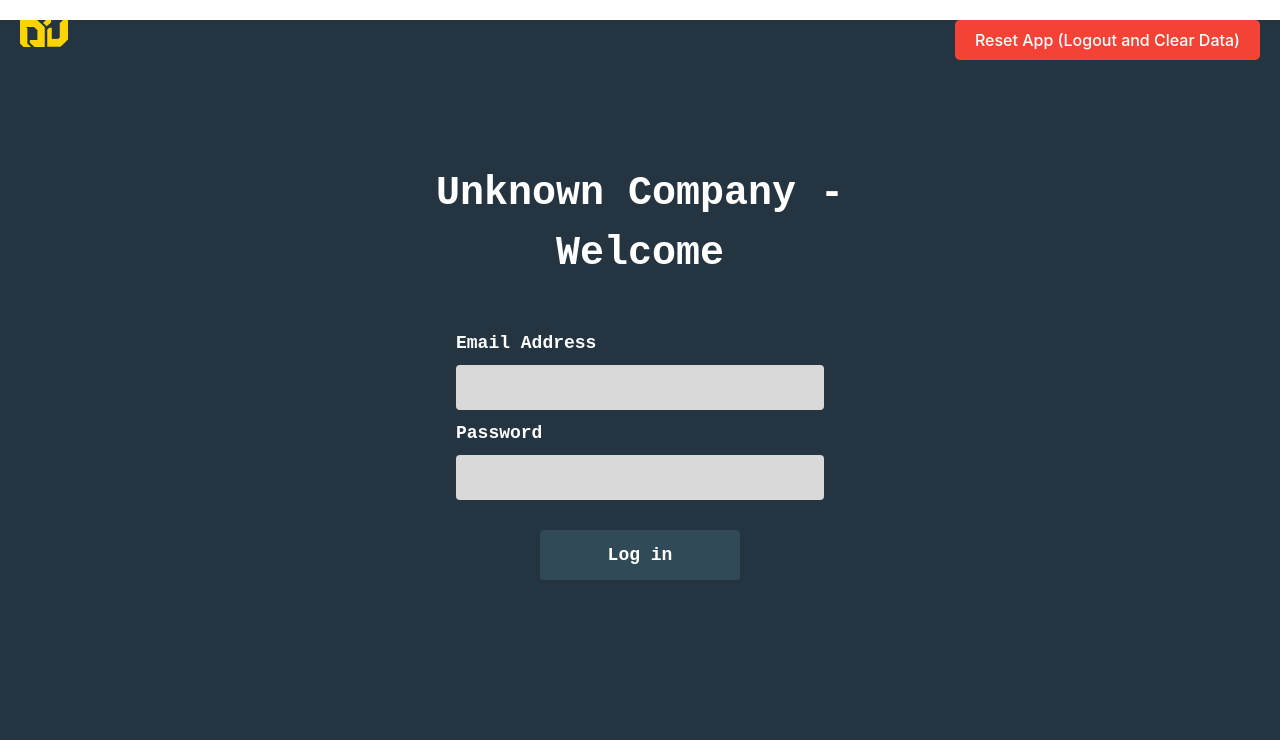
Repository: legendcode1/aml-sigma-SECOND-Reincarnation
Page: /login (app in parrot-aml/)
The author's editor kept a copy of each file at every save. The page is drawn from the files as they stood at one save, then again after the next save.
The browser window is 1280 px wide. The pictures show the whole page.
The page's requests for data from a server got no answer. The project was rebuilt for these pictures with package versions that can differ from the ones it lists, and the page was loaded fresh each time. No one was signed in, and anything a server would have sent is missing. Also part of the build but not shown: parrot-aml/vite.config.js, parrot-aml/src/StyleSheet/LeftBar.css, parrot-aml/src/Component/LeftBar.jsx, parrot-aml/src/StyleSheet/MainInterface.css, parrot-aml/src/StyleSheet/ChatBot.css, parrot-aml/src/StyleSheet/NewReport.css, parrot-aml/src/Component/NewReport.jsx, parrot-aml/src/StyleSheet/SearchResult.css and 6 more.

Above is the page before, as saved 2025-01-16 20:54:19.

After the next save:
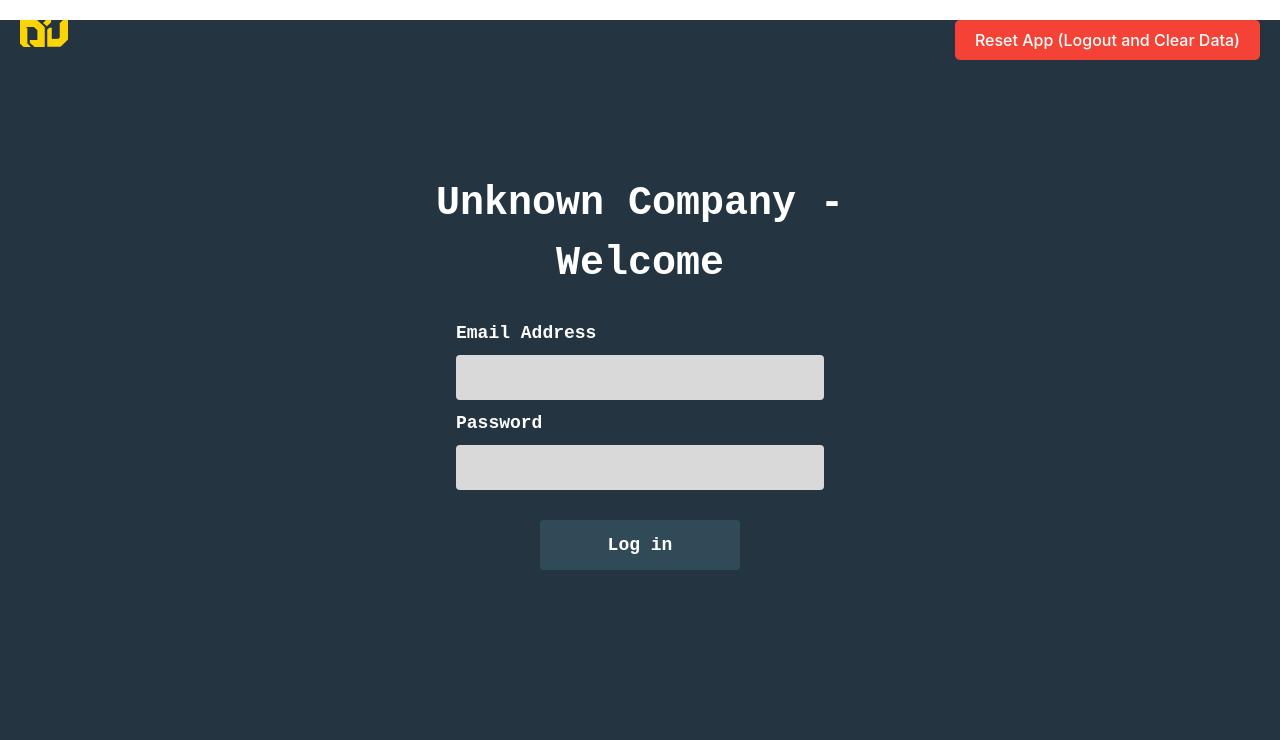
Saved 3 min 50 s later.
--- a/parrot-aml/src/StyleSheet/LoginSection.css
+++ b/parrot-aml/src/StyleSheet/LoginSection.css
@@ -1,30 +1,22 @@
 .login-section {
-  display: flex;
-  align-items: end;
-  justify-content: none;
-  width: 1400px;
-  height: 76px;
-  padding: 0 20px;
-  box-shadow: 0 1px 3px rgba(0, 0, 0, 0.1);
+  display: flex; /* Enables Flexbox */
+  flex-direction: column; /* Arrange children vertically */
+  align-items: center; /* Horizontally centers children */
+  justify-content: center; /* Vertically centers children */
+  height: 100vh; /* Set height to full viewport (or adjust as needed) */
 }
 
 .login-text {
-  font-size: 24px;
-  font-weight: bold;
-  color: #000;
+  font-size: 1.5rem; /* Adjust font size as needed */
+  margin-bottom: 1rem; /* Optional: Add spacing below the span */
 }
 
 .login-icon {
-  width: 76px;
-  height: 76px;
-  border-radius: 50%;
-  background-color: #ccc;
+  width: 50px; /* Adjust size as needed */
+  height: 50px; /* Adjust size as needed */
+  margin-bottom: 1rem; /* Optional: Add spacing below the image */
 }
 
-.WelcomeText {
-  font-size: 24px;
-  font-weight: bold;
-  color: #333;
-  margin-bottom: 20px;
-  text-align: center;
+.company-name {
+  font-size: 1rem; /* Adjust size as needed */
 }
